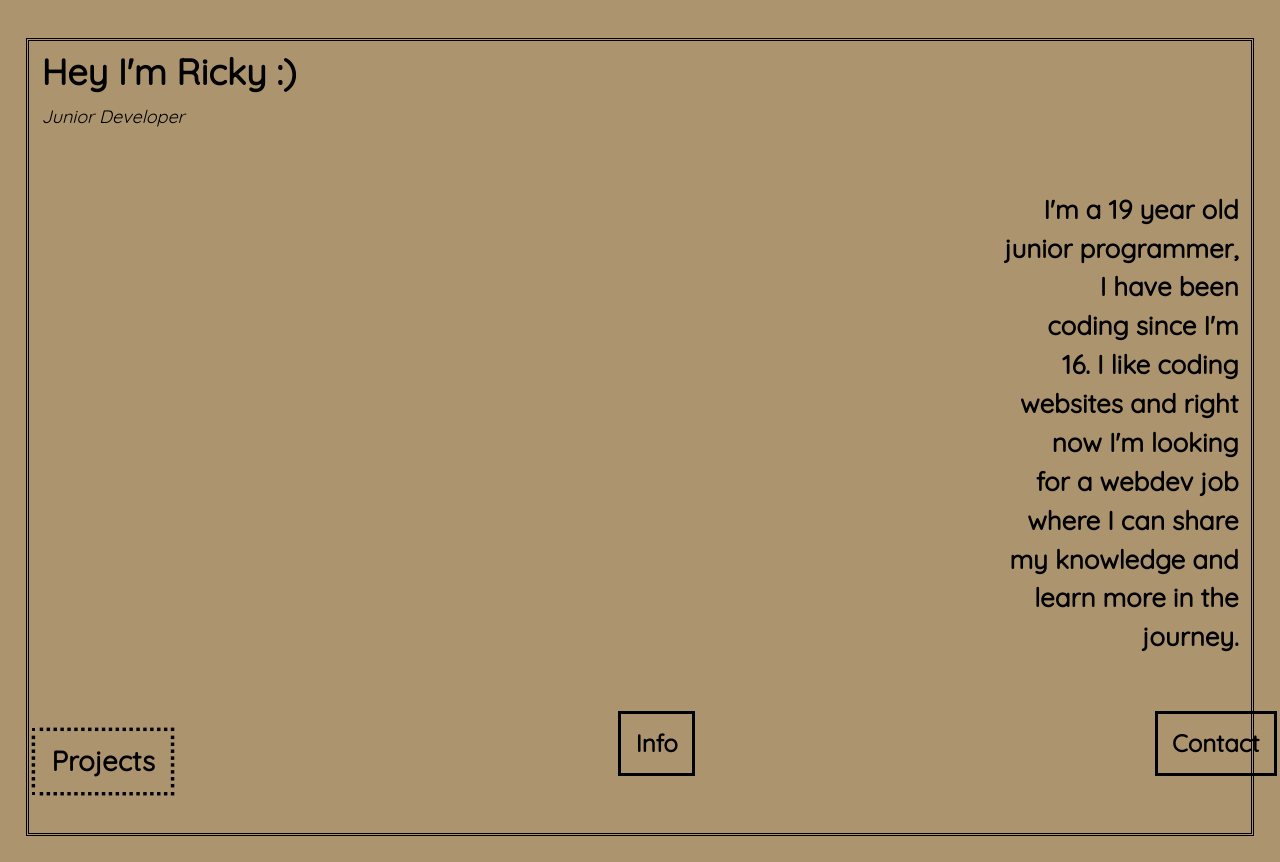
Repository: rickypcyt/ricky-react-portfolio
Page: /
An editor plug-in stored every save of this project. The page is shown before and after the next save, followed by the edit.
The browser window is 1280 px wide. The pictures show the whole page.
The pointer rests on the first visible `.oli`.
The project was rebuilt for these pictures with package versions that can differ from the ones it lists, and the page was loaded fresh each time. Also part of the build but not shown: src/pages/Info.js, src/pages/Projects.js, src/pages/Contact.js, src/pages/WebMural.js, src/pages/NotesJS.js.

Above is the page before, as saved 2022-09-12 15:07:42.

### src/index.js
import React from "react";
import ReactDOM from "react-dom/client";
import "./index.css";
import App from "./App";
import reportWebVitals from "./reportWebVitals";
import { BrowserRouter, Routes, Route, Switch } from "react-router-dom";

const root = ReactDOM.createRoot(document.getElementById("root"));
root.render(
  <React.StrictMode>
    <BrowserRouter>
      <App />
    </BrowserRouter>
  </React.StrictMode>
);

// If you want to start measuring performance in your app, pass a function
// to log results (for example: reportWebVitals(console.log))
// or send to an analytics endpoint. Learn more: https://bit.ly/CRA-vitals
reportWebVitals();

### src/index.css
@import url("https://fonts.googleapis.com/css2?family=Quicksand");

input[type="file"] {
  display: none;
}
.container {
  top: 0%;
  left: 0%;
}
::marker {
  display: none;
}
.image-container {
  width: 100%;
  margin: auto;
  display: flex;
  flex-direction: row;
  justify-content: space-evenly;
  gap: 15px;
  padding: 10px;
}
body {
  line-height: 1;
  font-family: "Quicksand";
  font-size: large;
  margin: 2%;
  padding: 1%;
  border-style: double;
  margin-top: 3%;
  background: #ac946e;
}
ol {
  list-style: none;
  display: flex;
  padding: 0;
  justify-content: space-between;
  align-items: flex-start;
  display: flex;
  flex-wrap: wrap;
  align-content: center;
}
.content {
  position: absolute;
  right: calc(var(--pad) * 2);
  bottom: calc(var(--pad) * 2);
  white-space: nowrap;
}
.parrafo {
  line-height: 1.5;
  text-align: end;
  font-size: larger;
}
.parrafo span {
  display: block;
}
.titulo {
  margin: 0;
}
.oli {
  font-weight: bold;
  border-style: solid;
  font-size: x-large;
  padding: 1ch;
}
.descripcion {
  font-weight: lighter;
  font-style: oblique;
}
.oli:hover {
  color: black;
  border-style: dotted;
}
.page {
  padding-top: 2%;
  padding-bottom: 3%;
}
.pageContact {
  padding-top: 8%;
  padding-bottom: 9%;
}
.cabeceranavi {
  padding-bottom: 1%;
}
p {
  font-weight: bold;
}
a {
  color: black;
  text-decoration: none;
  padding: 0ch;
}
span {
  font-size: larger;
}
li {
  width: 7%;
  height: 10%;
}
ul {
  list-style-type: none;
  margin: 0%;
  display: flex;
  align-items: center;
  flex-direction: row;
  padding-top: 5%;
  padding-bottom: 5%;
  padding-left: 0%;
  justify-content: space-around;
}
.imagenes {
  display: block;
  height: auto;
  width: auto;
  padding-top: 5%;
  padding-bottom: 5%;
}

.imagenesproyect {
  position: relative;
}
.fixer {
  display: flex;
  flex-direction: row;
  justify-content: space-evenly;
  padding-bottom: 3%;
}
.overlay {
  position: absolute;
  top: 0.83cm;

  background: rgb(0, 0, 0);
  background: rgb(2, 0.3, 0.9, 0.6); /* Black see-through */
  color: #f1f1f1;
  width: 100%;
  transition: 0.5s ease;
  color: white;
  text-align: center;
  font-size: 20px;
  padding-top: 20px;
  padding-bottom: 20px;
  opacity: 0;
}
.imagenesproyect:hover .overlay {
  opacity: 1;
}
.overlay2 {
  position: absolute;
  bottom: 8%;
  background: rgb(0, 0, 0);
  background: rgba(40, 40, 40, 0.6); /* Black see-through */
  color: #f1f1f1;
  width: 100%;
  transition: 0.5s ease;
  color: white;
  text-align: center;
  font-size: 20px;
  padding-top: 20px;
  padding-bottom: 20px;
  opacity: 0;
}
.imagenesproyect:hover .overlay2 {
  opacity: 1;
}

.homeinfo {
  font-size: x-large;
}

@media screen and (max-width: 1340px) {
  .fixer {
    flex-direction: column;
    justify-content: center;
  }
  .imagenes {
    height: auto;
    width: 100%;
  }
  ol {
  }
}

.image-container {
  width: auto;
  margin: auto;
  /* display: flex; */
  flex-wrap: wrap;
  gap: 15px;
  padding: 10px;
}

.image-container img {
  max-width: 100%;
  max-height: 225px;
}

.container .image-container .image {
  border: 4px solid black;
  overflow: hidden;
  /* cursor: pointer; */
}

.container .image-container .image img {
  height: 100%;
  width: 100%;
}
@media (max-width: 700px) {
  .image-container img {
    max-height: -10px;
  }
}

.image:hover {
  transform: scale(1.15); /* (150% zoom - Note: if the zoom is too large, it will go outside of the viewport) */
}

.oli:hover {
  transform: scale(1.15); /* (150% zoom - Note: if the zoom is too large, it will go outside of the viewport) */
}

### src/App.js
import Content from "./Content";
import Info from "./pages/Info";
import Projects from "./pages/Projects";
import Contact from "./pages/Contact";
import WebMural from "./pages/WebMural";
import NotesJS from "./pages/NotesJS";
import { Route, Routes, Switch } from "react-router-dom";

function App() {
  return (
    <>
      <Routes>
        <Route path="/" element={<Content />}/>
        <Route path="/Projects" element={<Projects />} />
        <Route path="/Info" element={<Info />} />
        <Route path="/Contact" element={<Contact />} />
        <Route path="/WebMural" element={<WebMural />} />
        <Route path="/NotesJS" element={<NotesJS />} />
      </Routes>
    </>
  );
}
export default App;

### src/Content.js
import { Link, useMatch, useResolvedPath } from "react-router-dom";
export default function Content() {
    console.log(window.location)
  return (
    <main className="BodyOriginal">
      <div id="Page">
        <div className="cabecera">
          <h1 className="titulo">Hey I'm Ricky :)</h1>
          <p className="descripcion">Junior Developer</p>
        </div>
        <div className="separador">
          <section className="page" style={{ display: "block", opacity: 1 }}>
            <div className="home">
              <p className="parrafo ">
                <span>I'm a 19 year old </span>
                <span>junior programmer,</span>
                <span>I have been</span>
                <span> coding since I'm</span>
                <span>16. I like coding</span>
                <span>websites and right</span>
                <span>now I'm looking</span>
                <span>for a webdev job</span>
                <span>where I can share</span>
                <span>my knowledge and</span>
                <span>learn more in the</span>
                <span>journey.</span>
              </p>
            </div>
          </section>
          <nav className="cabeceranavi">
            <ol>
              <div className="oli">
                <CustomLink to="projects">Projects</CustomLink>
              </div>
              <CustomLink to="info" className="oli">
                Info
              </CustomLink>
              <CustomLink to="contact" className="oli">
                Contact
              </CustomLink>
            </ol>
          </nav>
        </div>
      </div>
    </main>
  );
}

function CustomLink({ to, children, ...props }) {
  const resolvedPath = useResolvedPath(to);
  const isActive = useMatch({ path: resolvedPath.pathname, end: true });
  return (
    <li className={isActive ? "active" : ""}>
      <Link to={to} {...props}>
        {children}
      </Link>
    </li>
  );
}

Loaded but not shown: public/index.html (common file); src/reportWebVitals.js (common file); public/manifest.json (common file)

After the next save:
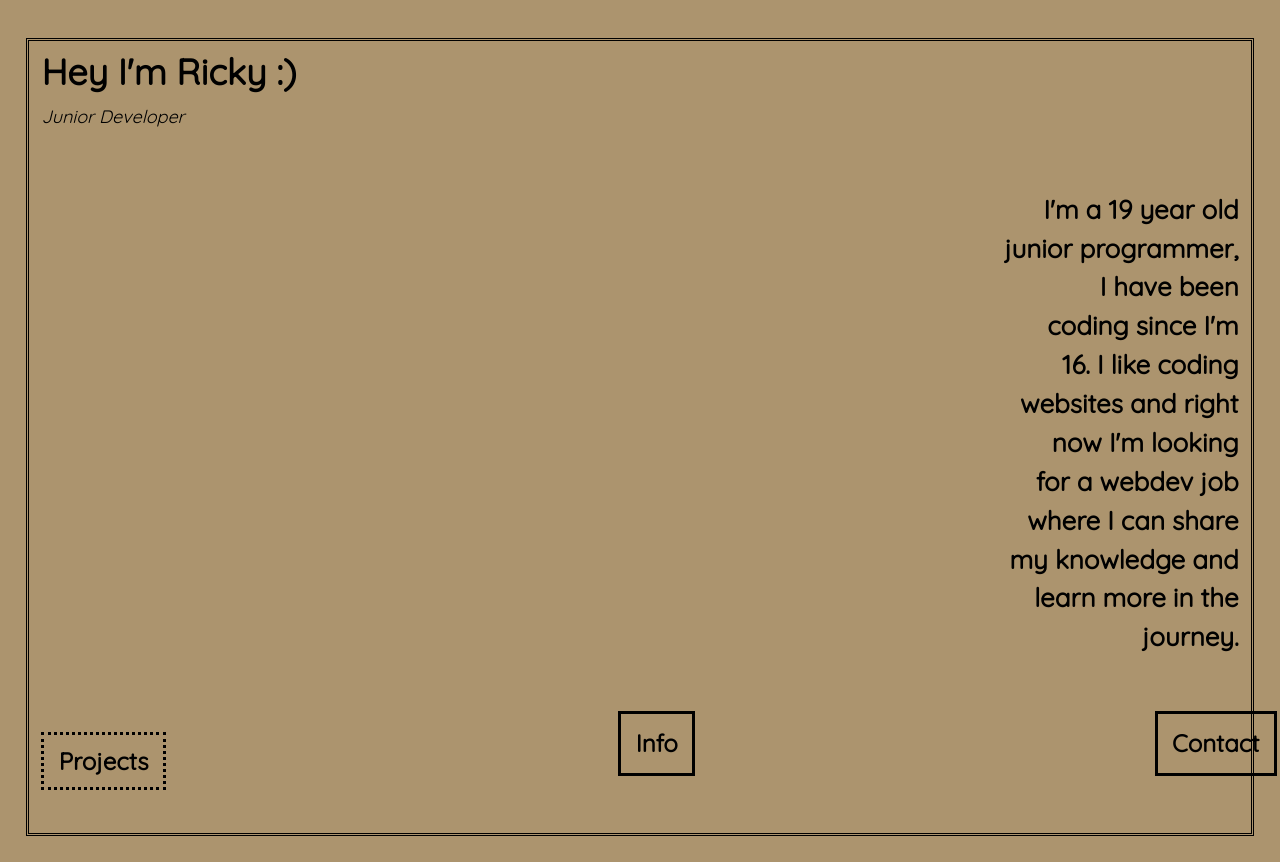
Saved 18 s later.
--- a/src/index.css
+++ b/src/index.css
@@ -212,7 +212,3 @@ ul {
 .image:hover {
   transform: scale(1.15); /* (150% zoom - Note: if the zoom is too large, it will go outside of the viewport) */
 }
-
-.oli:hover {
-  transform: scale(1.15); /* (150% zoom - Note: if the zoom is too large, it will go outside of the viewport) */
-}
